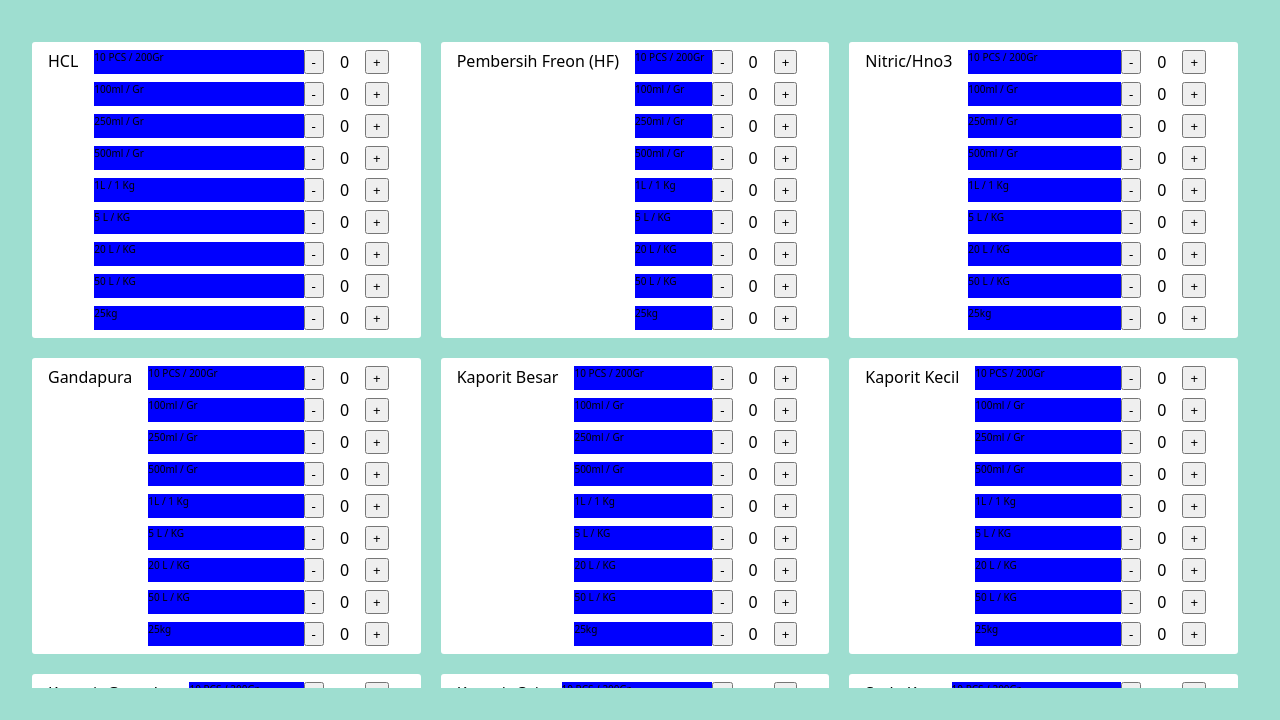
Repository: zuraniumlab-design/upstock-amsk
Page: /
The author's editor kept a copy of each file at every save. The page is drawn from the files as they stood at one save, then again after the next save.
The browser window is 1280 px wide. The pictures show the whole page.
An inner scrolling area shows only its first screen. The project was rebuilt for these pictures with package versions that can differ from the ones it lists, and the page was loaded fresh each time. Also part of the build but not shown: vite.config.js.

Above is the page before, as saved 2026-06-18 16:51:40.

After the next save:
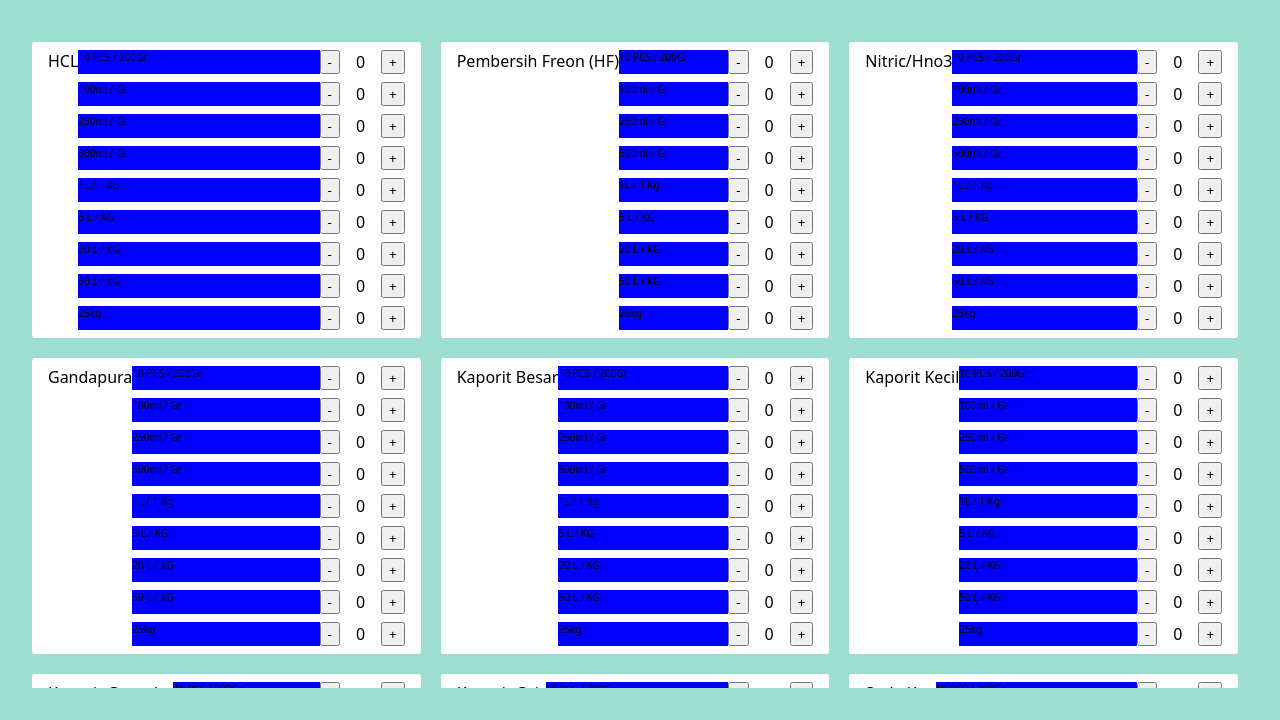
Saved 11 s later.
--- a/src/App.module.css
+++ b/src/App.module.css
@@ -47,7 +47,6 @@
   gap: 0.5rem;
   flex-direction: column;
   flex: 1;
-  padding-inline: 1rem;
 }
 
 .weight {
